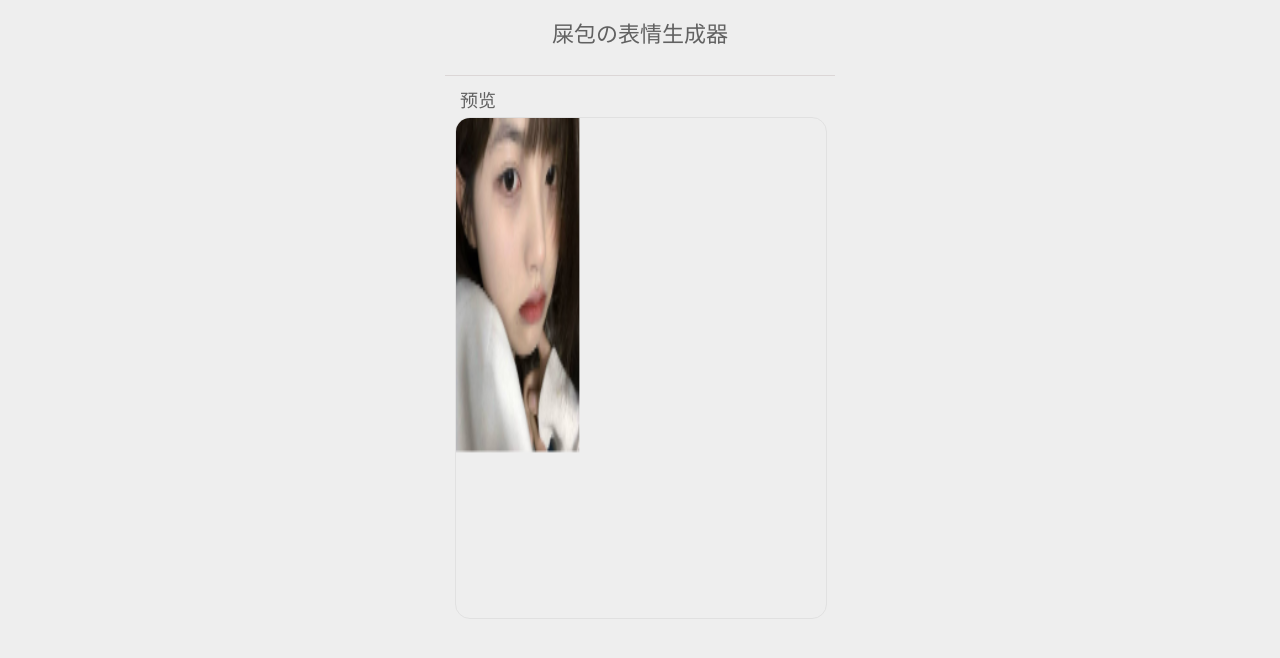
Repository: long-zuyang/shibao
Page: /
An editor plug-in stored every save of this project. The page is shown before and after the next save, followed by the edit.
The browser window is 1280 px wide. The pictures show the whole page.
The project was rebuilt for these pictures with package versions that can differ from the ones it lists, and the page was loaded fresh each time. Also part of the build but not shown: vite.config.ts.

Above is the page before, as saved 2023-06-29 21:20:30.

### src/main.tsx
import React from 'react';
import ReactDOM from 'react-dom/client';
import 'normalize.css';
import App from './App.tsx';

ReactDOM.createRoot(document.getElementById('root') as HTMLElement).render(
  <React.StrictMode>
    <App />
  </React.StrictMode>
);

### src/App.tsx
// import { useState } from 'react';
import { Flex, Image } from 'react-vant';
import React, { useRef, useEffect } from 'react';
import './App.less';

import CanvasDrow from './components/CanvasDraw';

// function App() {
//   // const [count, setCount] = useState(0);
//   // console.log(document.getElementById('cvs'));

// }

class App extends React.Component {
  state = {};

  componentDidMount() {
    // console.log(document.getElementById('cvs'));
  }

  render() {
    console.log('渲染');

    return (
      <div className="main">
        <div className="top">
          <div className="name">屎包の表情生成器</div>
        </div>
        <div className="container">
          <span className="tips">预览</span>
          <CanvasDrow />
        </div>
      </div>
    );
  }
}

export default App;

### src/App.less
html,
body {
  background-color: #eee;
  .main {
    width: 390px;
    margin: 0 auto;
    .top {
      height: 75px;
      position: relative;
      border-bottom: 1px solid rgb(219, 214, 214);
      .name {
        color: #616161;
        font-size: 22px;
        text-align: center;
        position: absolute;
        width: 100%;
        padding-top: 22px;
        font-family: 微软雅黑;
      }
    }
    .container {
      margin-top: 15px;
      padding: 0 10px;
      .tips {
        font-size: 18px;
        margin: 0px 5px;
        color: #616161;
        font-family: 微软雅黑;
      }
      canvas {
        margin-top: 5px;
        height: 500px;
        width: 370px;
        border: 1px solid rgba(223, 223, 223, 0.9);
        border-radius: 15px;
      }
    }
  }
}

### src/components/CanvasDraw.tsx
import { useRef, useEffect } from 'react';
import BaseImg from '../assets/base.jpg';

function CanvasDrow() {
  const canvasRef = useRef<HTMLCanvasElement>(null);

  useEffect(() => {
    const canvas = canvasRef.current;
    if (canvas == null) {
      return;
    }

    const ctx = canvas.getContext('2d');

    // 创建头像图片
    const img = new Image();
    img.src = BaseImg;
    console.dir(img);

    // 图片加载完成后绘制图片
    img.onload = () => {
      // const height = 100;
      // const width = 300;
      const size = Math.min(img.width, img.height);
      const x = (img.width - size) / 2;
      const y = (img.height - size) / 2;
      ctx?.drawImage(img, x, y, size, size, 0, 0, 100, 100);
    };
  }, []);
  // if (!canvasRef.current) {
  //   return <div>Canvas is not available.</div>;
  // }
  return <canvas ref={canvasRef} />;
}

export default CanvasDrow;

Loaded but not shown: index.html (common file)

After the next save:
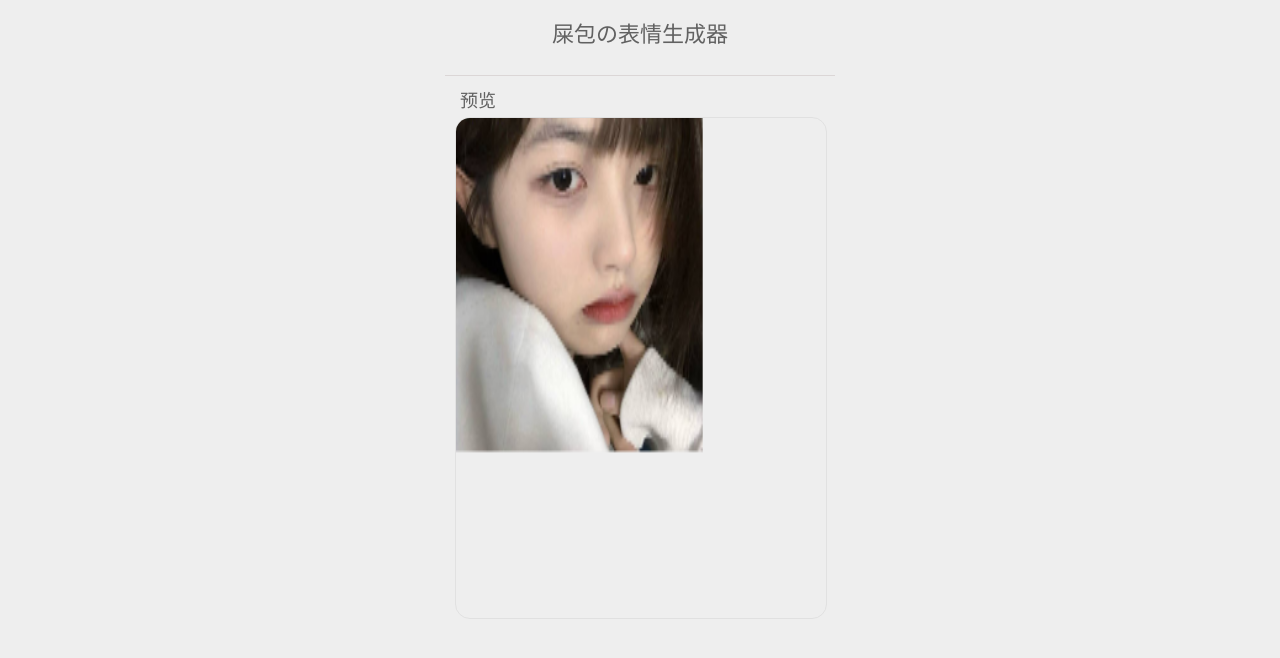
Saved 6 s later.
--- a/src/components/CanvasDraw.tsx
+++ b/src/components/CanvasDraw.tsx
@@ -24,7 +24,7 @@ function CanvasDrow() {
       const size = Math.min(img.width, img.height);
       const x = (img.width - size) / 2;
       const y = (img.height - size) / 2;
-      ctx?.drawImage(img, x, y, size, size, 0, 0, 100, 100);
+      ctx?.drawImage(img, x, y, size, size, 0, 0, 200, 100);
     };
   }, []);
   // if (!canvasRef.current) {
